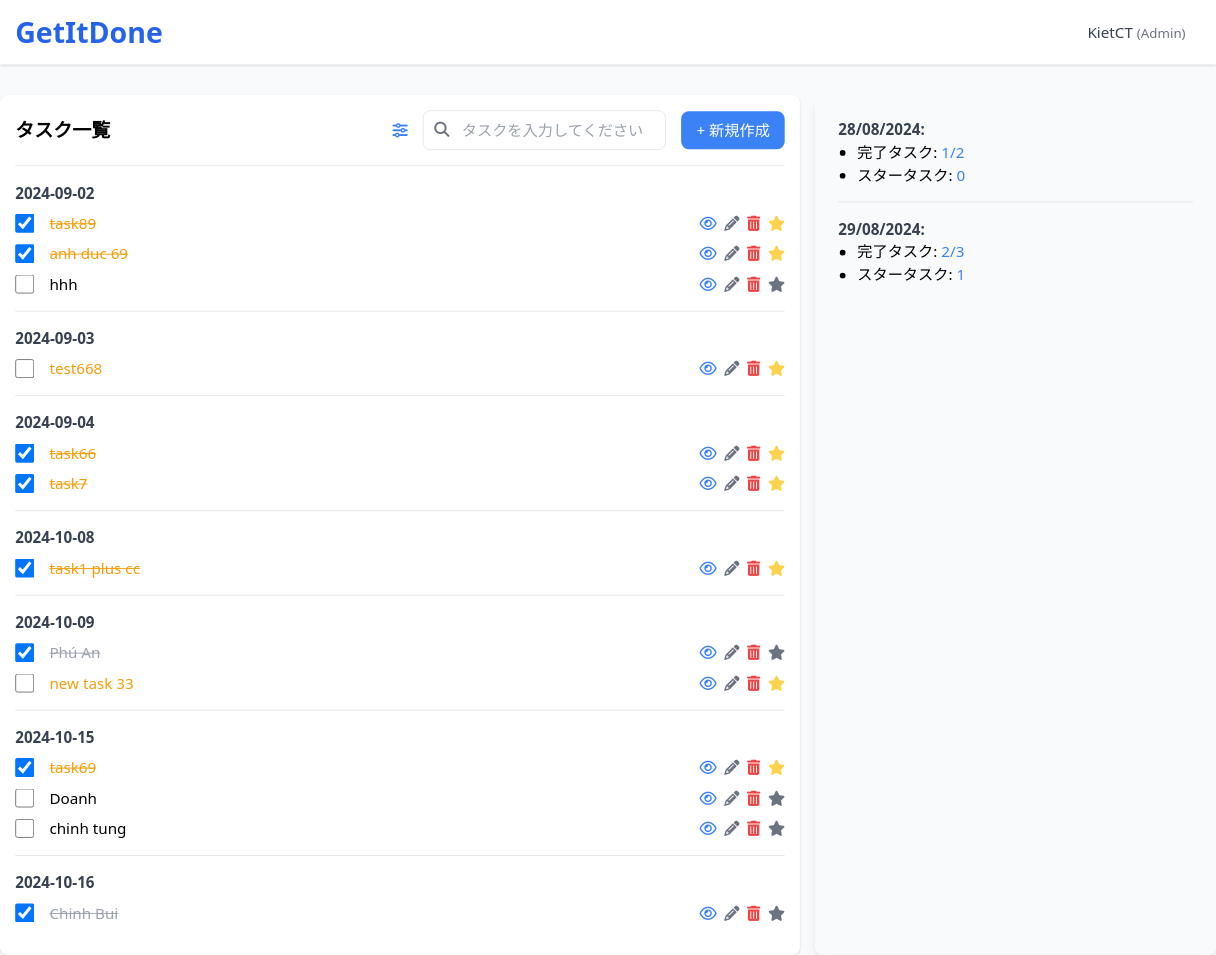
Repository: TuanAnhNguyen723/todolist
Page: http://localhost/mainscreen/mainscreen.php
These files come from the project's save history. The page is drawn as it stood at one moment and after a run of saves; the edit follows.
The browser window is 1280 px wide. The pictures show the whole page, at 95% of full size.
Some web libraries are served in a nearby version. The page is run by PHP 8.4 with error messages shown; the project is at /var/www/html/. The database holds what the project's SQL file puts in it.

Above is the page before, as saved 2024-10-02 14:19:10.

After the next 2 saves:
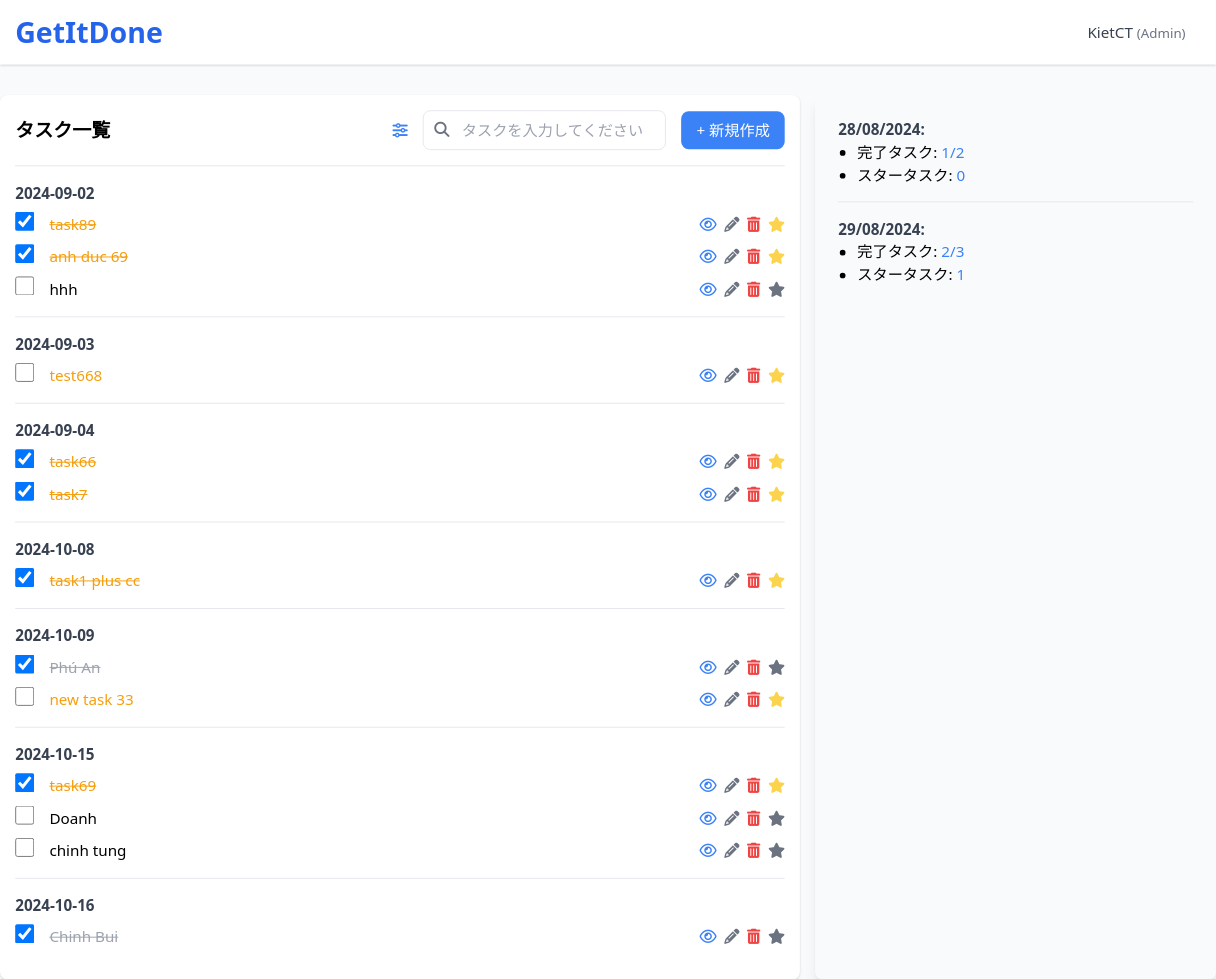
The 2 saves are shown as one change because they came seconds apart.
The last was saved 112 s later.
--- a/mainscreen/mainscreen.php
+++ b/mainscreen/mainscreen.php
@@ -81,12 +81,14 @@
                     <div class="task-container2 flex justify-between items-center space-x-4 my-2">
                         <div class="flex items-center space-x-4">
                             <!-- // Kết hợp giữa trạng thái checked và trạng thái star -->
-                            <input
-                                type="checkbox"
-                                class=" form-checkbox h-5 w-5 toggle-complete <?php echo $task['star'] ? 'checked' : ''; ?>"
-                                data-task-id="<?php echo $task['task_id']; ?>"
-                                <?php echo $task['checked'] ? 'checked' : ''; ?>
-                            />
+                             <lable>
+                               <input
+                                   type="checkbox"
+                                   class=" form-checkbox h-5 w-5 toggle-complete <?php echo $task['star'] ? 'checked' : ''; ?>"
+                                   data-task-id="<?php echo $task['task_id']; ?>"
+                                   <?php echo $task['checked'] ? 'checked' : ''; ?>
+                               />
+                             </lable>
                             <!-- // Kết hợp trạng thái star với việc đánh dấu gạch ngang nếu hoàn thành -->
                             <span class="task-text <?php echo $task['checked'] ? 'line-through text-gray-400' : ''; ?> <?php echo $task['star'] ? 'text-yellow-500' : ''; ?>">
                                 <?php echo htmlspecialchars($task['title']); ?>

After the save that followed:
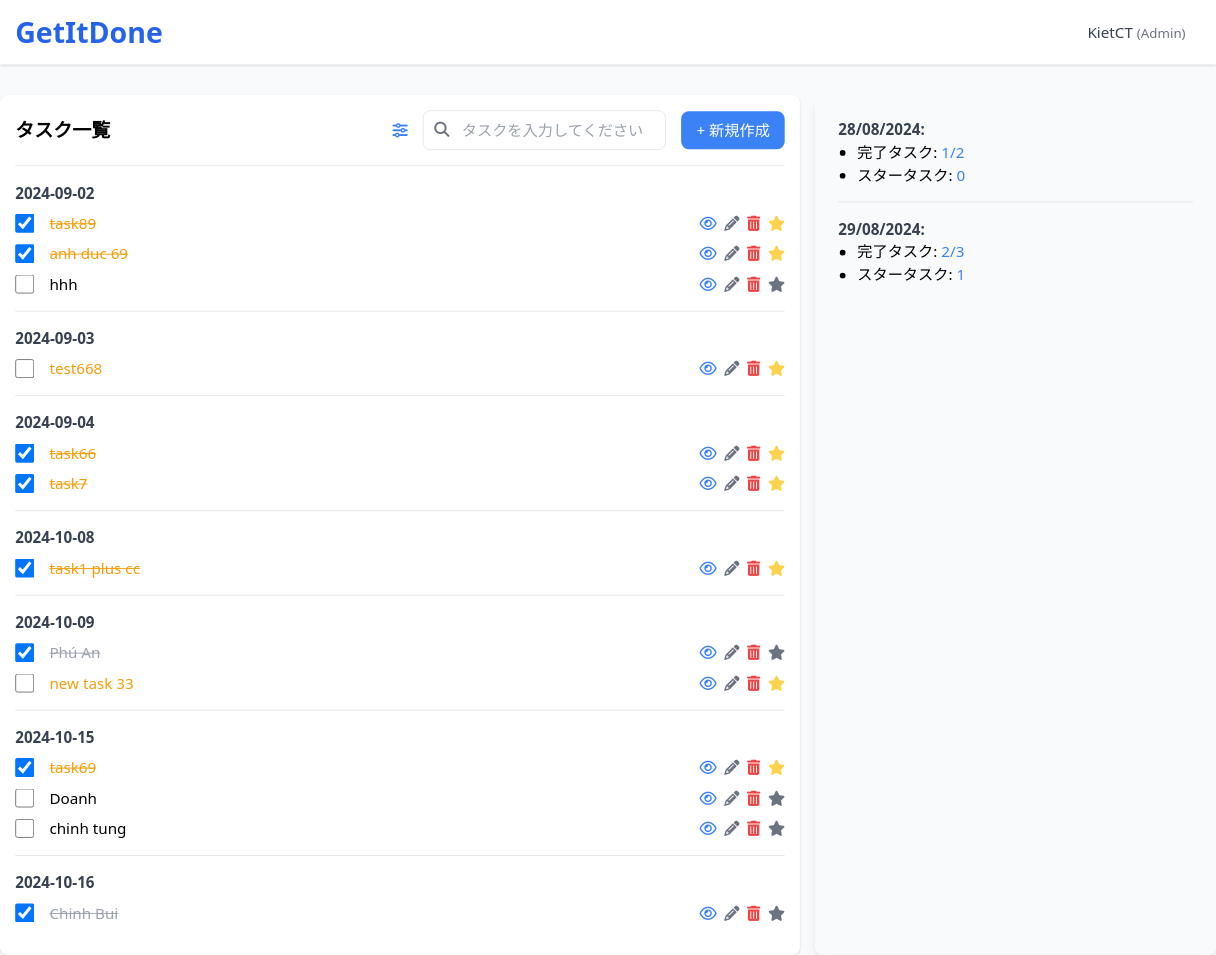
Saved 107 s later.
--- a/mainscreen/mainscreen.php
+++ b/mainscreen/mainscreen.php
@@ -81,14 +81,14 @@
                     <div class="task-container2 flex justify-between items-center space-x-4 my-2">
                         <div class="flex items-center space-x-4">
                             <!-- // Kết hợp giữa trạng thái checked và trạng thái star -->
-                             <lable>
+
                                <input
                                    type="checkbox"
-                                   class=" form-checkbox h-5 w-5 toggle-complete <?php echo $task['star'] ? 'checked' : ''; ?>"
+                                   class="accent-pink-300 form-checkbox h-5 w-5 toggle-complete <?php echo $task['star'] ? 'checked' : ''; ?>"
                                    data-task-id="<?php echo $task['task_id']; ?>"
                                    <?php echo $task['checked'] ? 'checked' : ''; ?>
                                />
-                             </lable>
+
                             <!-- // Kết hợp trạng thái star với việc đánh dấu gạch ngang nếu hoàn thành -->
                             <span class="task-text <?php echo $task['checked'] ? 'line-through text-gray-400' : ''; ?> <?php echo $task['star'] ? 'text-yellow-500' : ''; ?>">
                                 <?php echo htmlspecialchars($task['title']); ?>
